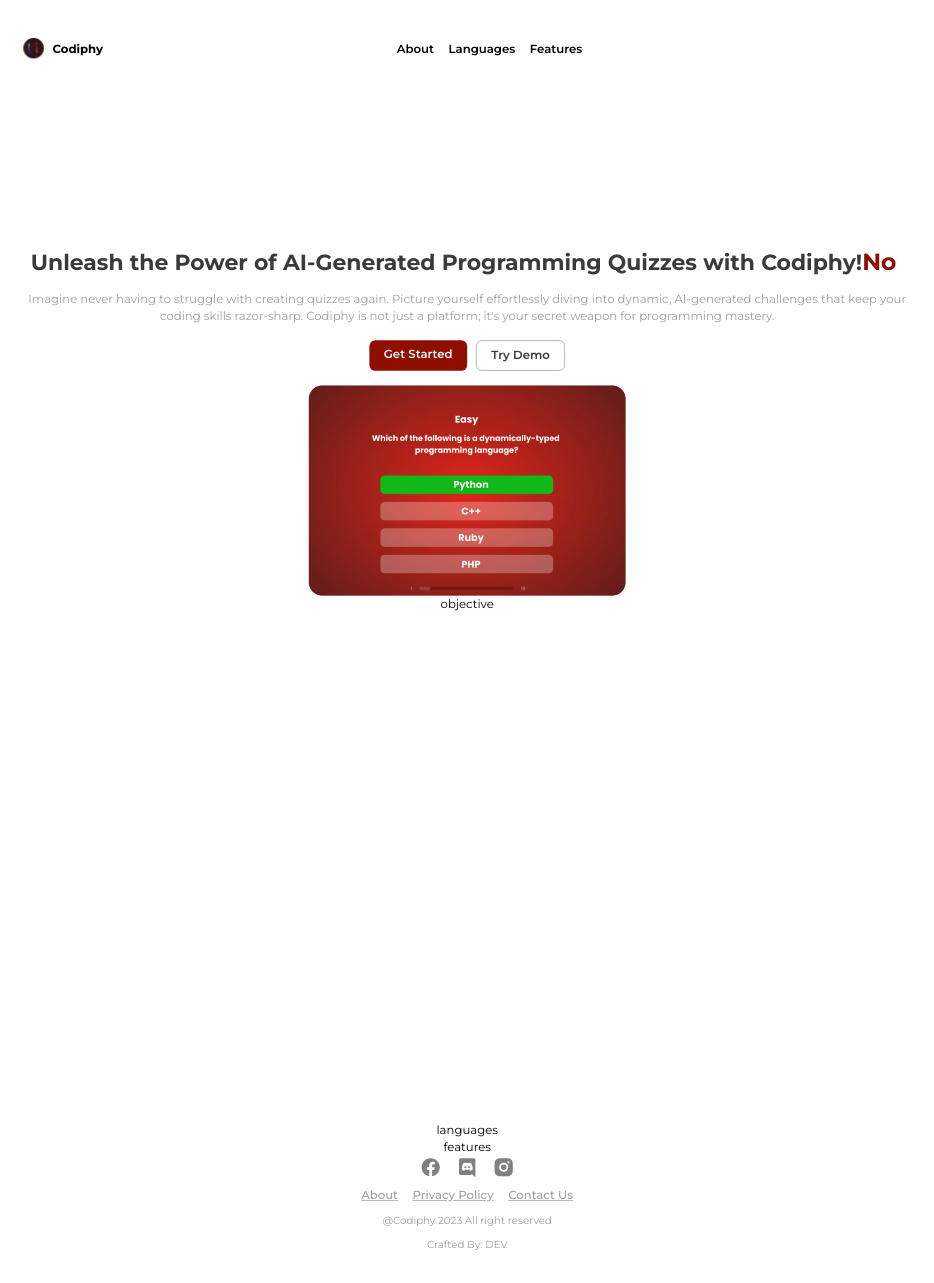
Repository: ddextroo/codiphy
Page: /
An editor plug-in stored every save of this project. The page is shown before and after the next save, followed by the edit.
The browser window is 1280 px wide. The pictures show the whole page, at 73% of full size.
The project was rebuilt for these pictures with package versions that can differ from the ones it lists, and the page was loaded fresh each time. Also part of the build but not shown: vite.config.js, src/pages/auth/login.jsx, src/pages/quiz/demo/demo.jsx.

Above is the page before, as saved 2023-12-07 23:49:00.

After the next save:
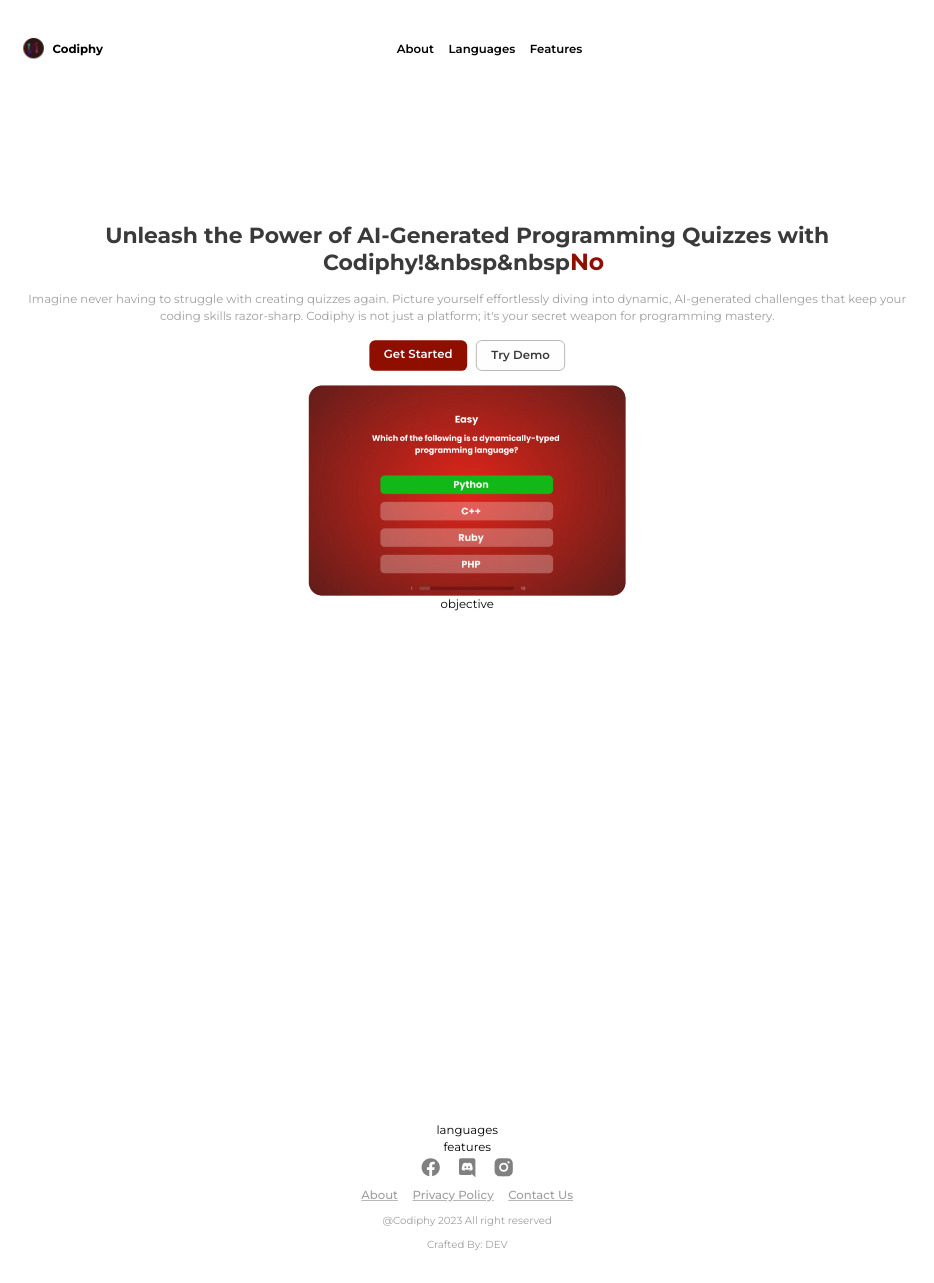
Saved 96 s later.
--- a/src/pages/landing/hero.jsx
+++ b/src/pages/landing/hero.jsx
@@ -9,7 +9,7 @@
     <div className="min-h-screen max-h-full flex flex-col justify-end ">
       <div className="flex flex-col justify-center items-center">
         <div className="text-3xl text-primaryDark font-bold mb-5 text-center">
-          Unleash the Power of AI-Generated Programming Quizzes with Codiphy!
+          Unleash the Power of AI-Generated Programming Quizzes with Codiphy!&nbsp&nbsp
           <TypeAnimation
             sequence={[
               // Same substring at the start will only be typed out once, initially
